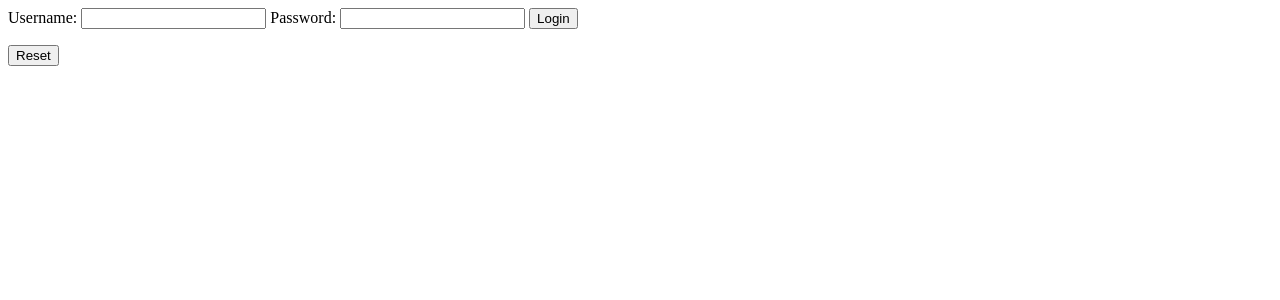
Repository: thegr8khan/webproject1
Page: http://localhost/amazon/
An editor plug-in stored every save of this project. The page is shown before and after the next save, followed by the edit.
The browser window is 1280 px wide. The pictures show the whole page.
The page is served by Tomcat 9.

Above is the page before, as saved 2023-03-27 07:34:04.

After the next save:
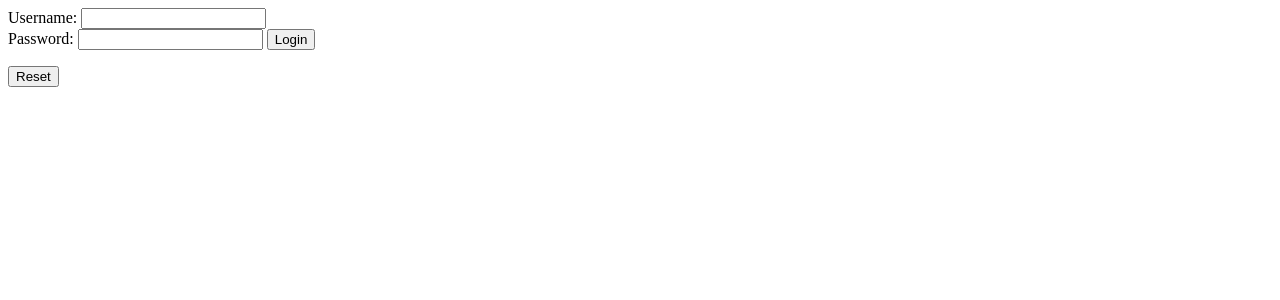
Saved 4 min 6 s later.
--- a/WebProgramming/amazon/src/main/webapp/login.jsp
+++ b/WebProgramming/amazon/src/main/webapp/login.jsp
@@ -18,14 +18,11 @@ if(loginError!=null){
 }
 %>
 
-
-
-<form action="/amazon/" method="get">
-
 <form action="/amazon/cs" method="post">
 
 
 Username: <input type= "text" name="username"/>
+<br>
 Password: <input type= "password" name="password"/>
 
 <input type="submit" name="action" value="Login"/>
@@ -34,8 +31,9 @@ Password: <input type= "password" name="password"/>
 
 </form>
 
+<form action="/amazon/" method="post">
+
 <input type="submit" name="action" value="Reset"/>
-
 </form>
 
 </body>
